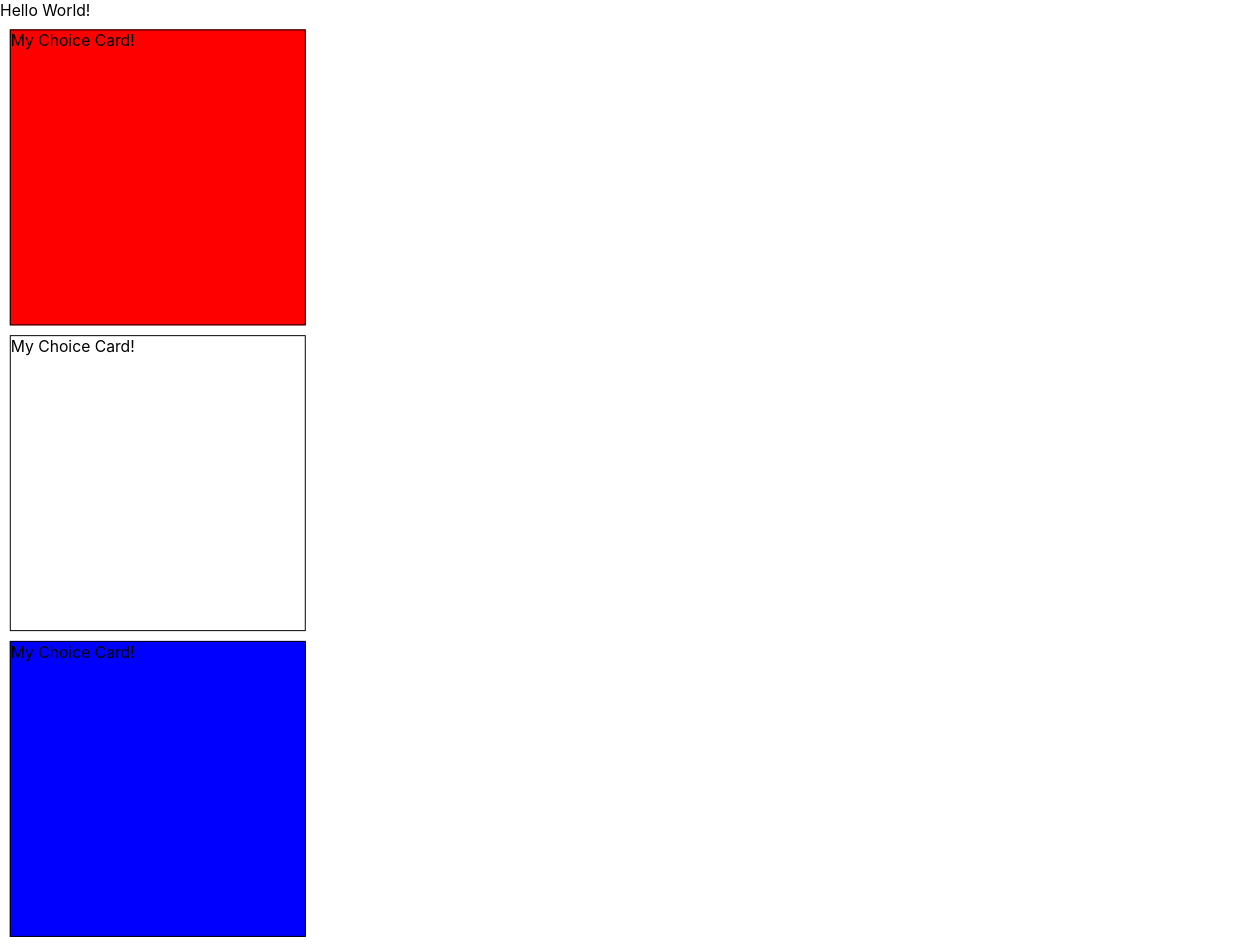
Repository: tts2610/React-Intro
Page: /
These files come from the project's save history. The page is drawn as it stood at one moment and after the next save; the edit follows.
The browser window is 1280 px wide. The pictures show the whole page, at 98% of full size.
The project was rebuilt for these pictures with package versions that can differ from the ones it lists, and the page was loaded fresh each time. Also part of the build but not shown: src/components/Box.js, src/components/List.js.

Above is the page before, as saved 2020-05-25 14:13:24.

After the next save:
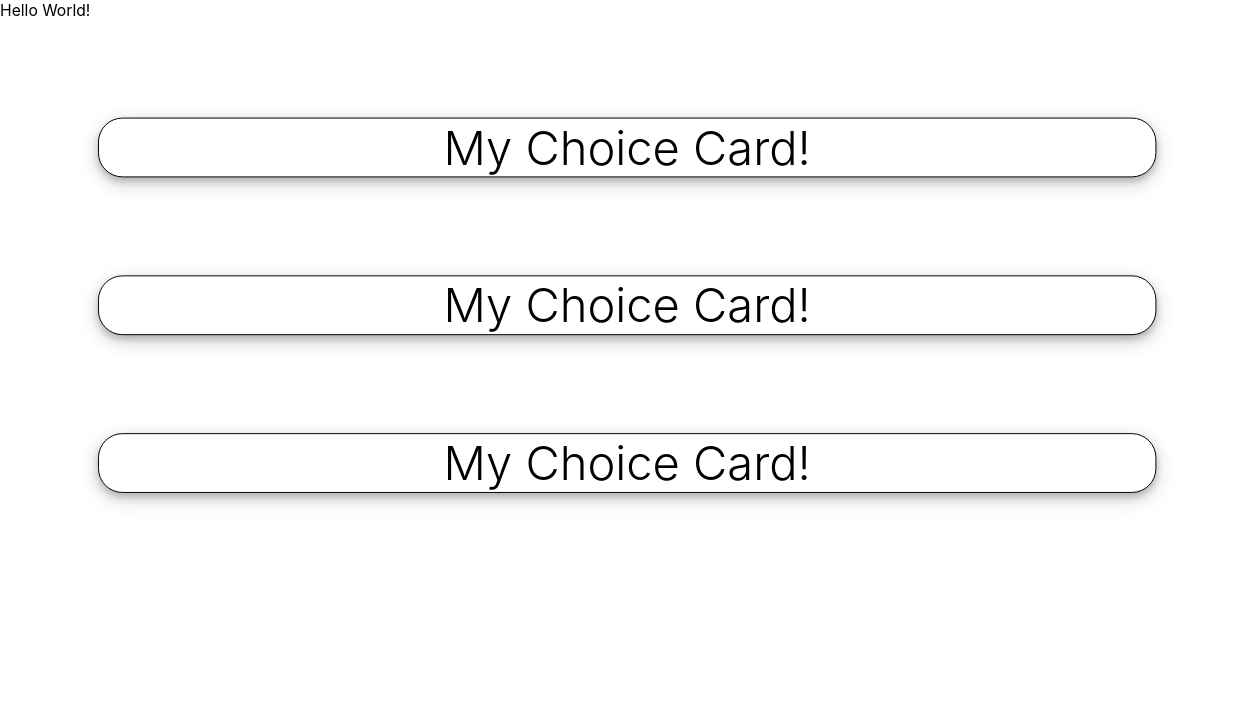
Saved 3 s later.
--- a/src/App.css
+++ b/src/App.css
@@ -1,58 +1,43 @@
 .App {
+    flex: 1;
+    display: flex;
+    min-height: 100vh;
     text-align: center;
-}
-
-.App-logo {
-    height: 40vmin;
-    pointer-events: none;
-}
-
-@media (prefers-reduced-motion: no-preference) {
-    .App-logo {
-        animation: App-logo-spin infinite 20s linear;
-    }
-}
-
-.App-header {
-    background-color: #282c34;
-    min-height: 100vh;
-    display: flex;
-    flex-direction: column;
-    align-items: center;
-    justify-content: center;
-    font-size: calc(10px + 2vmin);
-    color: white;
-}
-
-.App-link {
-    color: #61dafb;
-}
-
-@keyframes App-logo-spin {
-    from {
-        transform: rotate(0deg);
-    }
-    to {
-        transform: rotate(360deg);
-    }
+    background-color: #e9ebee;
 }
 
 .choice-card {
-    margin: 10px;
-    width: 300px;
-    height: 300px;
+    flex: 1;
+    display: flex;
+    margin: 100px;
+    font-size: 3em;
+    padding: 0 40px;
+    font-weight: 300;
+    text-align: center;
+    border-radius: 25px;
+    flex-direction: column;
+    align-items: center;
     border: 1px solid black;
-    background-color: orange;
+    background-color: white;
+    justify-content: space-around;
+    box-shadow: 0 4px 8px 0 rgba(0, 0, 0, 0.2), 0 6px 20px 0 rgba(0, 0, 0, 0.19);
 }
 
-.red {
-    background-color: red;
+img {
+    width: 250px;
+    height: 250px;
 }
 
-.white {
-    background-color: white;
+h1 {
+    font-size: 50px;
 }
 
-.blue {
-    background-color: blue;
+.winner {
+    color: green;
+    border: 10px solid green;
 }
+
+.loser {
+    color: red;
+    border: 10px solid red;
+}
